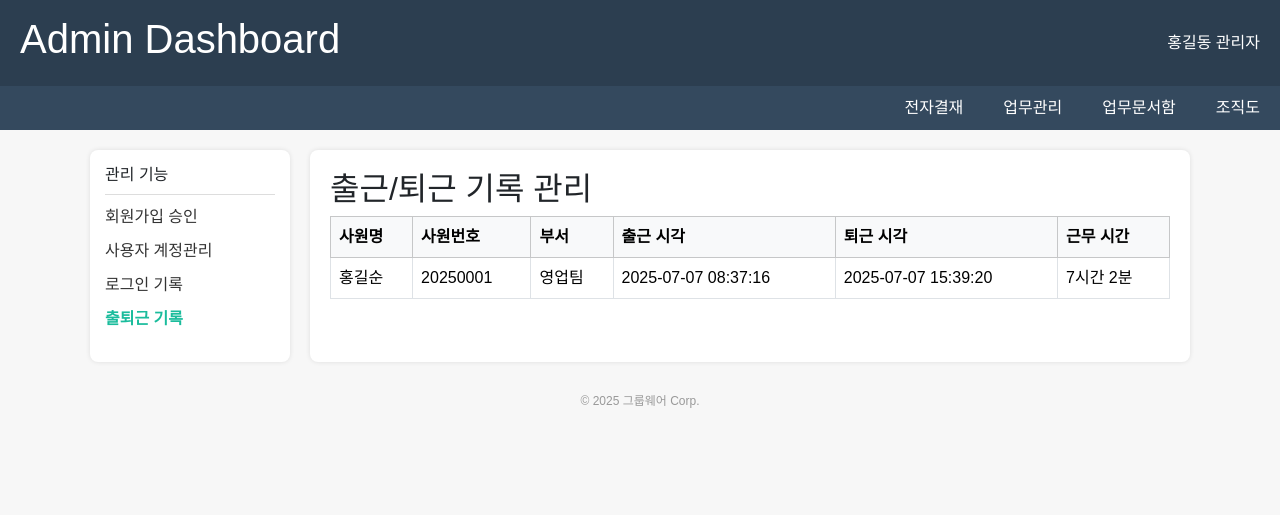
Repository: hyunbin7664/web-java-workspace
Page: groupware/src/main/webapp/admin_attendance_log.html
These files come from the project's save history. The page is drawn as it stood at one moment and after the next save; the edit follows.
The browser window is 1280 px wide. The pictures show the whole page.

Above is the page before, as saved 2025-07-07 08:31:05.

After the next save:
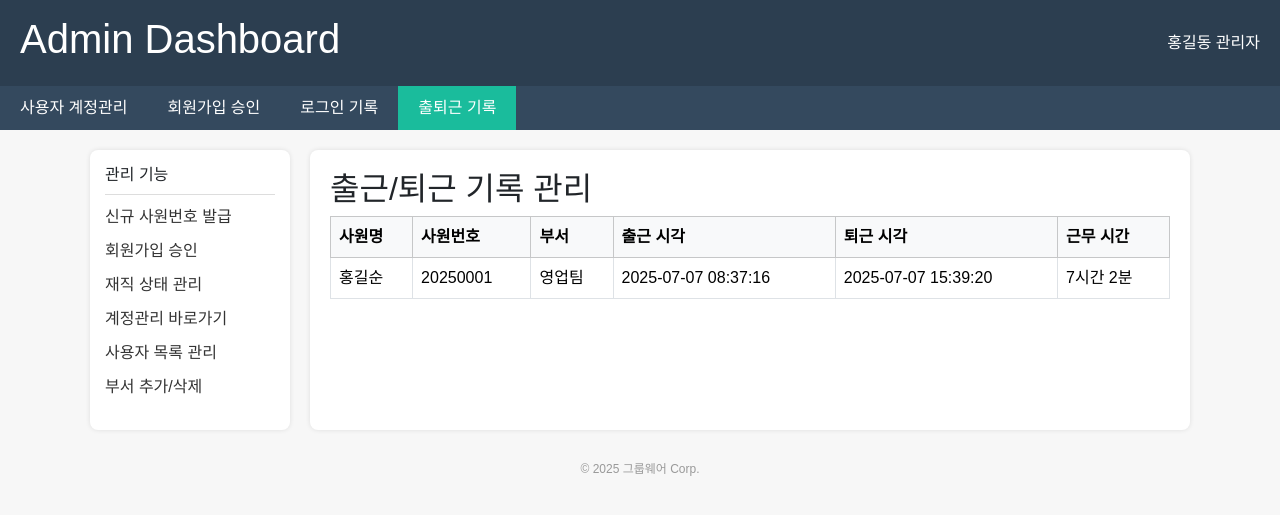
Saved 22 s later.
--- a/groupware/src/main/webapp/admin_attendance_log.html
+++ b/groupware/src/main/webapp/admin_attendance_log.html
@@ -24,7 +24,6 @@
 
 nav {
 	display: flex;
-	justify-content: flex-end;
 	background-color: #34495e;
 }
 
@@ -103,19 +102,21 @@
 		<div>홍길동 관리자</div>
 	</header>
 	<nav>
-		<a href="#">전자결재</a>
-		<a href="#">업무관리</a>
-		<a href="#">업무문서함</a>
-		<a href="#">조직도</a>
+		<a href="user_list.html">사용자 계정관리</a>
+		<a href="employee_approval.html">회원가입 승인</a>
+		<a href="login_log.html">로그인 기록</a>
+		<a href="attendance_log.html" class="active">출퇴근 기록</a>
 	</nav>
 	<div class="container">
 		<div class="sidebar">
 			<h3>관리 기능</h3>
 			<ul>
-				<li><a href="employee_approval.html">회원가입 승인</a> </li>
-				<li><a href="user_list.html">사용자 계정관리</a> </li>
-				<li><a href="login_log.html">로그인 기록</a> </li>
-				<li><a href="attendance_log.html" class="active">출퇴근 기록</a></li>
+				<li><a href="employee_approval.html">신규 사원번호 발급</a></li>
+				<li><a href="employee_approval.html">회원가입 승인</a></li>
+				<li><a href="user_list.html">재직 상태 관리</a></li>
+				<li><a href="admin_dashboard.html">계정관리 바로가기</a></li>
+				<li><a href="user_list.html">사용자 목록 관리</a></li>
+				<li><a href="user_list.html">부서 추가/삭제</a></li>
 			</ul>
 		</div>
 		<div class="main-content">

After the save that followed:
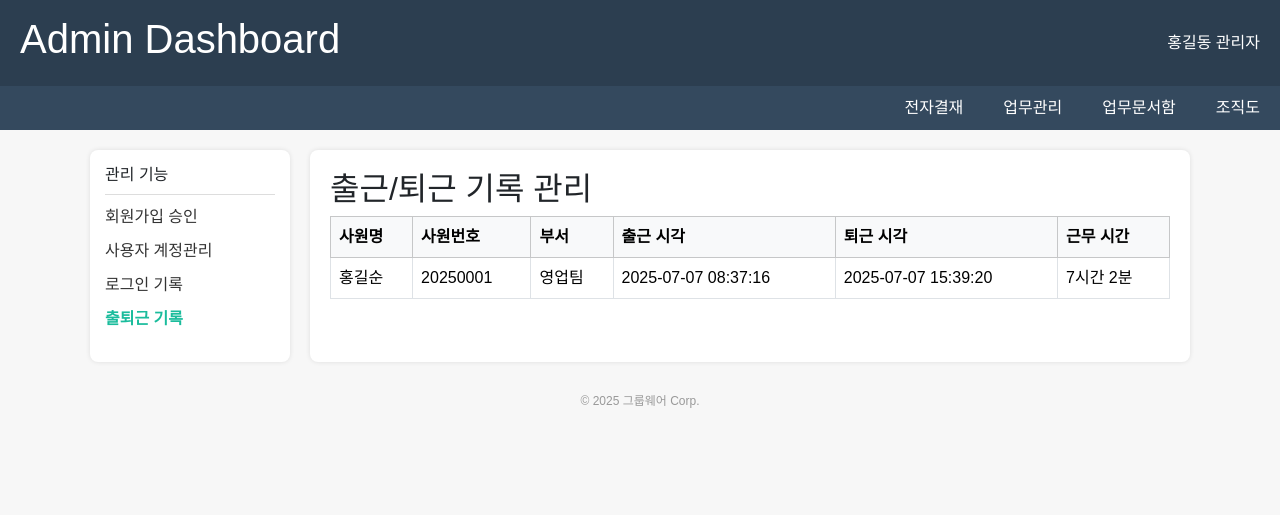
Saved 18 s later.
--- a/groupware/src/main/webapp/admin_attendance_log.html
+++ b/groupware/src/main/webapp/admin_attendance_log.html
@@ -24,6 +24,7 @@
 
 nav {
 	display: flex;
+	justify-content: flex-end;
 	background-color: #34495e;
 }
 
@@ -102,21 +103,19 @@
 		<div>홍길동 관리자</div>
 	</header>
 	<nav>
-		<a href="user_list.html">사용자 계정관리</a>
-		<a href="employee_approval.html">회원가입 승인</a>
-		<a href="login_log.html">로그인 기록</a>
-		<a href="attendance_log.html" class="active">출퇴근 기록</a>
+		<a href="#">전자결재</a>
+		<a href="#">업무관리</a>
+		<a href="#">업무문서함</a>
+		<a href="#">조직도</a>
 	</nav>
 	<div class="container">
 		<div class="sidebar">
 			<h3>관리 기능</h3>
 			<ul>
-				<li><a href="employee_approval.html">신규 사원번호 발급</a></li>
-				<li><a href="employee_approval.html">회원가입 승인</a></li>
-				<li><a href="user_list.html">재직 상태 관리</a></li>
-				<li><a href="admin_dashboard.html">계정관리 바로가기</a></li>
-				<li><a href="user_list.html">사용자 목록 관리</a></li>
-				<li><a href="user_list.html">부서 추가/삭제</a></li>
+				<li><a href="employee_approval.html">회원가입 승인</a> </li>
+				<li><a href="user_list.html">사용자 계정관리</a> </li>
+				<li><a href="login_log.html">로그인 기록</a> </li>
+				<li><a href="attendance_log.html" class="active">출퇴근 기록</a></li>
 			</ul>
 		</div>
 		<div class="main-content">
